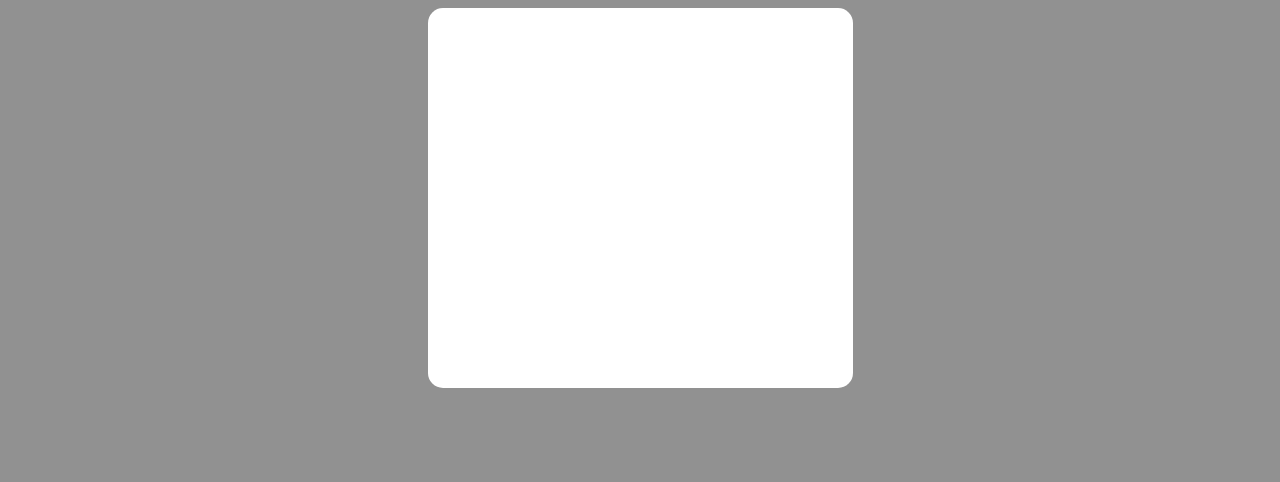
Repository: sjtu-course/homework
Page: GongZening/Week2/Web/LoginPage.html
An editor plug-in stored every save of this project. The page is shown before and after the next save, followed by the edit.
The browser window is 1280 px wide. The pictures show the whole page.

Above is the page before, as saved 2020-11-07 16:04:09.

### GongZening/Week2/Web/LoginPage.html
<!DOCTYPE html>
<html>
    <head>
        <meta charset="utf-8">
        <title>LoginPage</title>
        <link rel="stylesheet" type="text/css" href="css/Round_Rect.css" />
    </head>

    <body style="background-color: #919191;">
        <div>

        </div>
    </body>
</html>

### GongZening/Week2/Web/css/Round_Rect.css
/* #round_rect */
@charset "utf-8";
div{
	width: 425px;
	height: 380px;
	background-color: white;
	border-radius: 15px;
	margin: auto;
}

After the next save:
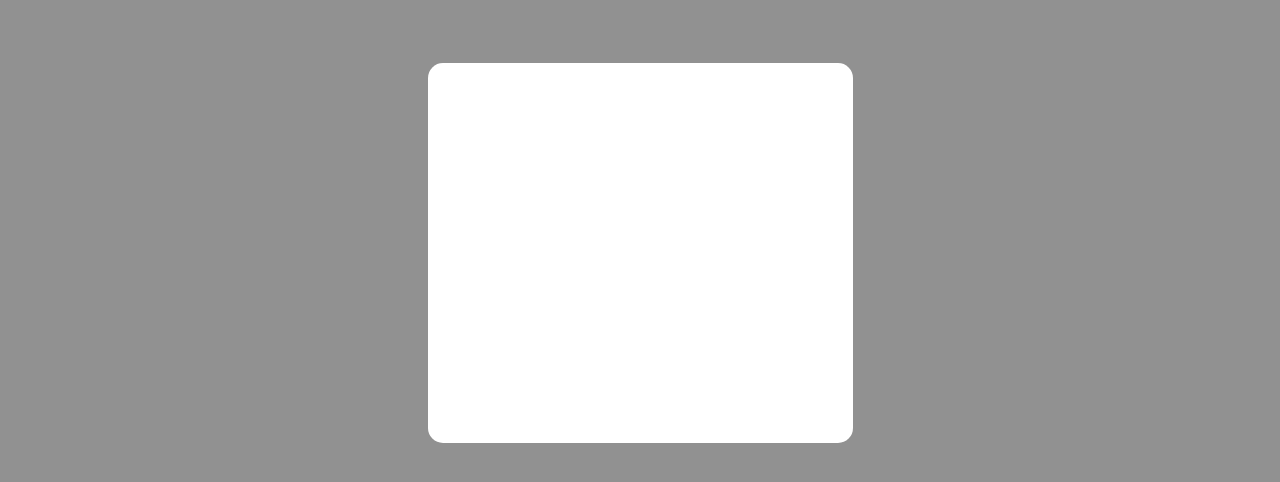
Saved 41 s later.
--- a/GongZening/Week2/Web/css/Round_Rect.css
+++ b/GongZening/Week2/Web/css/Round_Rect.css
@@ -6,4 +6,5 @@ div{
 	background-color: white;
 	border-radius: 15px;
 	margin: auto;
+	margin-top:5%;
 }
